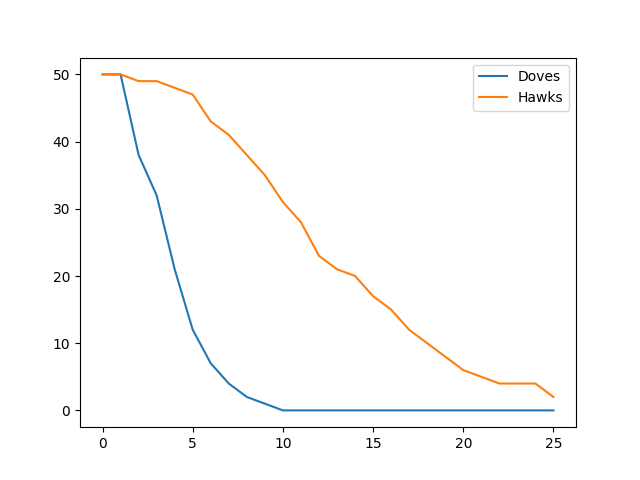
Repository: PatLaCisay/python-hawkdove-master
Script's output: python hawkdove.py
These files come from the project's save history. The script's output is drawn as it stood at one moment and after the next save; the edit follows.
Random numbers start from a fixed seed.

Above is the script's output before, as saved 2023-03-07 14:48:16.

### hawkdove.py
#!/usr/bin/python
from random import choice, randint
from time import perf_counter
from pylab import plot, show, legend

STARTING_DOVES = 50
STARTING_HAWKS = 50
STARTING_POPULATION = STARTING_HAWKS + STARTING_DOVES

ROUNDS = 50
STARTING_ENERGY = 100

MIN_FOOD_PER_ROUND = 40
MAX_FOOD_PER_ROUND = 70

ENERGY_REQUIRED_FOR_REPRODUCTION = 20
ENERGY_LOSS_FROM_FIGHTING = 50
ENERGY = 30

ENERGY_REQUIRED_FOR_LIVING = 10

STATUS_ACTIVE = "active"
STATUS_ASLEEP = "asleep"

TYPE_HAWK = "hawk"
TYPE_DOVE = "dove"

agents = []

# Graph stuff
graph_hawk_points = []
graph_dove_points = []

# Profiling


class Agent:
	id = 0
	agent_type = None
	status = STATUS_ACTIVE
	energy = STARTING_ENERGY


def main():
	init()
	current_round = 1
	death_count = 0
	dead_hawks  = 0
	dead_doves  = 0
	breed_count = 0
	main_tic = perf_counter()

	while current_round <= ROUNDS and len(agents) > 2:
		tic = perf_counter()
		awakenAgents()

		food = getFood()
		if (current_round==1) :
			round_dead_hawks=0
			round_dead_doves=0
			round_hawk_babies=0
			round_dove_babies=0
		else:
			# This could be optimized further by creating a list every time
			# that only has active agents, so it isn't iterating over entire list every time
			while True:
				agent, nemesis = getRandomAgents()
				if agent is None or nemesis is None:
					break
				compete(agent, nemesis, food)


			round_dead_hawks, round_dead_doves = cull()
			death_count += (round_dead_hawks + round_dead_doves)

		toc = perf_counter()

		print("ROUND %d" % current_round)
		print("Food produced          : %d" % food)
		print("Population             : Hawks-> %d, Doves-> %d" % (getAgentCountByType(TYPE_HAWK), getAgentCountByType(TYPE_DOVE)))
		print("Dead hawks             : %d" % round_dead_hawks)
		print("Dead doves             : %d" % round_dead_doves)
		print("Hawk babies            : %s" % round_hawk_babies)
		print("Dove babies            : %s" % round_dove_babies)
		print("Hawks                  : %s" % getPercByType(TYPE_HAWK))
		print("Doves                  : %s" % getPercByType(TYPE_DOVE))
		print("----")
		print("Round Processing time  : %s" % getTimeFormatted(toc - tic))
		print("Elapsed time           : %s\n" % getTimeFormatted(perf_counter() - main_tic))

		# Plot
		graph_hawk_points.append(getAgentCountByType(TYPE_HAWK))
		graph_dove_points.append(getAgentCountByType(TYPE_DOVE))

		current_round += 1


	main_toc = perf_counter()

	print("=============================================================")
	print("Total dead agents      : %d" % death_count)
	print("Total breeding agents  : %d" % breed_count)
	print("Total rounds completed : %d" % (current_round - 1))
	print("Total population size  : %s" % len(agents))
	print("Hawks                  : %s" % getPercByType(TYPE_HAWK))
	print("Doves                  : %s" % getPercByType(TYPE_DOVE))
	print("Processing time        : %s" % getTimeFormatted(main_toc - main_tic))
	print("=============================================================")


def init():

	for x in range(0,STARTING_DOVES):
		a = Agent()
		a.agent_type = TYPE_DOVE
		agents.append(a)

	for x2 in range(0,STARTING_HAWKS):
		a2 = Agent()
		a2.agent_type = TYPE_HAWK
		agents.append(a2)


def getAvgFromList(list):
	return float( sum(list) / len(list) )


def getTimeFormatted(seconds):
	m, s = divmod(seconds, 60)
	return "%02d:%02d" % (m, s)


def getFood():
	return randint(MIN_FOOD_PER_ROUND, MAX_FOOD_PER_ROUND)


def getPercByType(agent_type):
	perc = float(getAgentCountByType(agent_type)) / float(len(agents))
	return '{percent:.2%}'.format(percent=perc)


def getAliveAgentsCount():
	return getAgentCountByStatus(STATUS_ACTIVE) + getAgentCountByStatus(STATUS_ASLEEP)


def getRandomAgents():
	nemesis = None
	active_agents = list(generateAgentsByStatus(STATUS_ACTIVE))
	if len(active_agents) < 2:
		return None, None
	max_index = len(active_agents) - 1
	agent = active_agents[ randint(0, max_index) ]
	while nemesis is None:
		n = active_agents[ randint(0, max_index) ]
		if n is not agent:
			nemesis = n

	return agent, nemesis


def awakenAgents():
	for agent in agents:
		agent.status = STATUS_ACTIVE


def generateAgentsByType(agent_type):
	for agent in agents:
		if agent.agent_type == agent_type:
			yield agent


def generateAgentsByStatus(status):
	for agent in agents:
		if agent.status == status:
			yield agent


def getEnergyFromFood(food):
	return food # 1 to 1


def getAgentCountByStatus(status):
	count = len( list(generateAgentsByStatus(status)) )
	return count


def getAgentCountByType(agent_type):
	return len( list(generateAgentsByType(agent_type)) )


def compete(agent, nemesis, food):
	winner = choice([agent, nemesis])
	loser = agent if (winner is nemesis) else nemesis

	if agent.agent_type == TYPE_HAWK and nemesis.agent_type == TYPE_HAWK:
		if randint(0,1)==1:
			winner.energy += getEnergyFromFood(food) - ENERGY
			loser.energy  -= ENERGY_LOSS_FROM_FIGHTING
		else :
			breed(winner)

	if agent.agent_type == TYPE_HAWK and nemesis.agent_type == TYPE_DOVE:
		agent.energy += getEnergyFromFood(food) - ENERGY
		nemesis.energy -= ENERGY_LOSS_FROM_FIGHTING

	if agent.agent_type == TYPE_DOVE and nemesis.agent_type == TYPE_HAWK:
		nemesis.energy += getEnergyFromFood(food) - ENERGY
		agent.energy -= ENERGY_LOSS_FROM_FIGHTING

	if agent.agent_type == TYPE_DOVE and nemesis.agent_type == TYPE_DOVE:
		agent.energy += getEnergyFromFood(food)/2
		nemesis.energy += getEnergyFromFood(food)/2
		breed(winner)

	nemesis.status = agent.status = STATUS_ASLEEP


def getNewAgent(agent_type, starting_energy=STARTING_ENERGY, status=STATUS_ASLEEP):
	agent = Agent()
	agent.agent_type = agent_type
	agent.status = status
	agent.energy = starting_energy
	return agent


def breed(agent):
		active_agents=list(generateAgentsByStatus(STATUS_ACTIVE))
		if agent.energy > ENERGY_REQUIRED_FOR_REPRODUCTION:
			agent.energy /= 2

			if agent.agent_type == TYPE_DOVE:
				baby_agent = getNewAgent(agent.agent_type, (agent.energy/2))
				active_agents.append(baby_agent)

			if (agent.agent_type == TYPE_HAWK):
				baby_agent = getNewAgent(agent.agent_type, (agent.energy/2))
				active_agents.append(baby_agent)



"""
def count_breeds():

	hawk_babies = 0
	dove_babies = 0
	for agent in agents:
		if agent.energy > ENERGY_REQUIRED_FOR_REPRODUCTION:
			baby_agent_a = getNewAgent(agent.agent_type, (agent.energy/2))
			baby_agent_b = getNewAgent(agent.agent_type, (agent.energy/2))

			agents.append(baby_agent_b)
			agents.append(baby_agent_a)

			agent.energy /= 2

			if agent.agent_type == TYPE_DOVE: dove_babies += 4
			if (agent.agent_type == TYPE_HAWK):

				if randint(0,100)==1 :
					hawk_babies += 1


	return hawk_babies, dove_babies
"""
def cull():

	dead_hawks = 0
	dead_doves = 0
	for index, agent in enumerate(agents):
		if agent.energy < ENERGY_REQUIRED_FOR_LIVING:
			if agent.agent_type == TYPE_DOVE: dead_doves += 1
			if agent.agent_type == TYPE_HAWK: dead_hawks += 1
			del agents[index]


	return dead_hawks, dead_doves


main()
plot(graph_dove_points, label="Doves")
plot(graph_hawk_points, label="Hawks")
legend()

show()

After the next save:
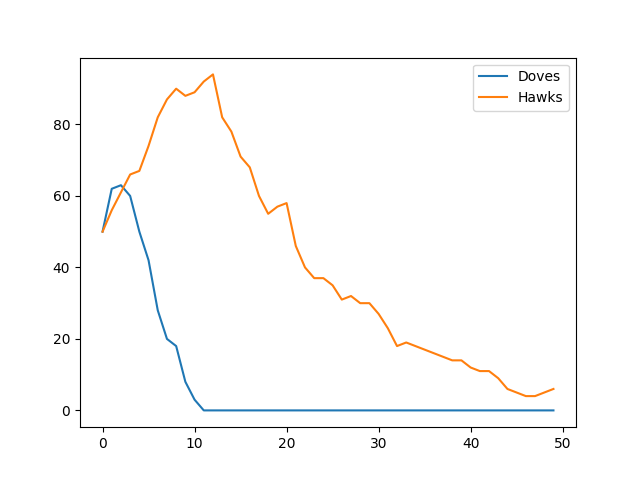
Saved 73 s later.
--- a/hawkdove.py
+++ b/hawkdove.py
@@ -224,17 +224,16 @@ def getNewAgent(agent_type, starting_energy=STARTING_ENERGY, status=STATUS_ASLEE
 
 
 def breed(agent):
-		active_agents=list(generateAgentsByStatus(STATUS_ACTIVE))
 		if agent.energy > ENERGY_REQUIRED_FOR_REPRODUCTION:
 			agent.energy /= 2
 
 			if agent.agent_type == TYPE_DOVE:
 				baby_agent = getNewAgent(agent.agent_type, (agent.energy/2))
-				active_agents.append(baby_agent)
+				agents.append(baby_agent)
 
 			if (agent.agent_type == TYPE_HAWK):
 				baby_agent = getNewAgent(agent.agent_type, (agent.energy/2))
-				active_agents.append(baby_agent)
+				agents.append(baby_agent)
 
 
 
